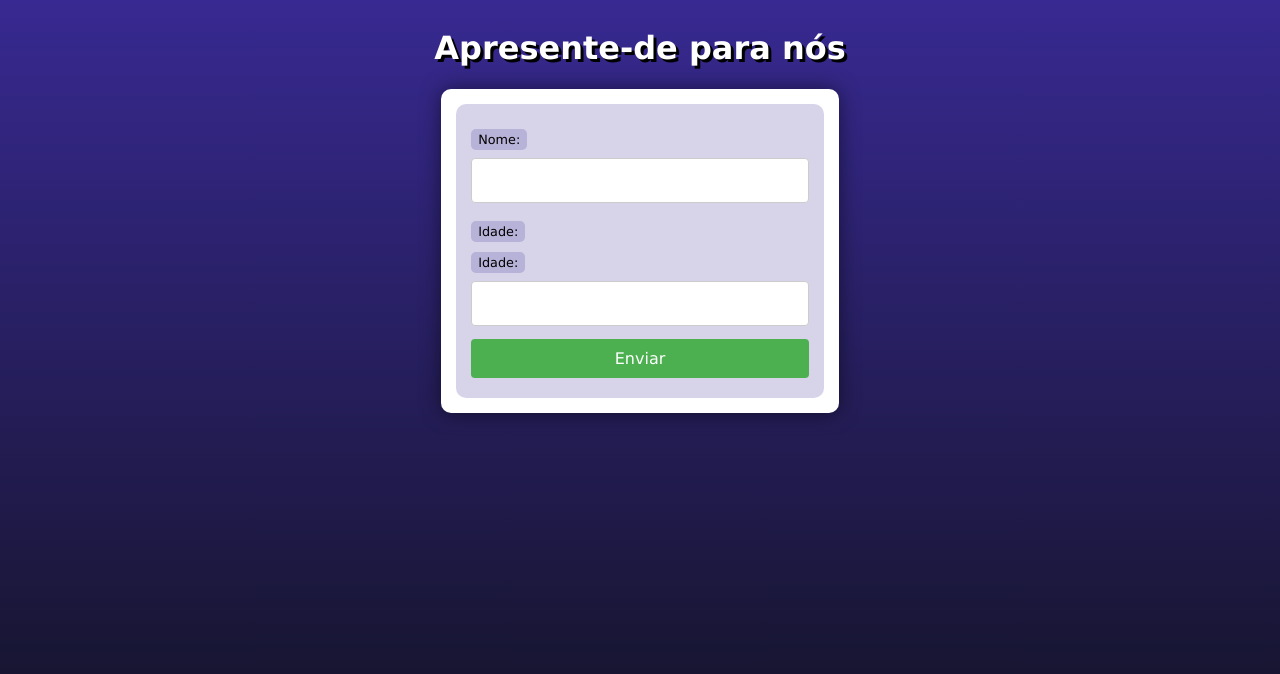
Repository: lcampagnaro/cursophp
Page: ex_form_php/Index.html
These files come from the project's save history. The page is drawn as it stood at one moment and after a run of saves; the edit follows.
The browser window is 1280 px wide. The pictures show the whole page.

Above is the page before, as saved 2023-08-29 14:13:00.

### ex_form_php/Index.html
<!DOCTYPE html>
<html lang="pt-br">
<head>
    <meta charset="UTF-8">
    <meta name="viewport" content="width=device-width, initial-scale=1.0">
    <title>Interação de Formulário PHP</title>
    <link rel="stylesheet" href="style.css">
</head>
<body>
    <header>
        <h1>Apresente-de para nós</h1>
    </header>
    <section>
        <form action="cad.php" method="get">
            <label for="nome">Nome:</label>
            <input type="text" name="nome" id="nome">
            <label for="sobrenome">Idade:</label>
            <label for="idade">Idade:</label>
            <input type="number" name="idade" id="ididade">
            <input type="submit" value="Enviar">
        </form>

    </section>

</body>
</html>

### ex_form_php/style.css
@charset "UTF-8";

* {
    font-family: Verdana, Geneva, Tahoma, sans-serif;
    box-sizing: border-box;
}

/* ELEMENTOS DA INTERFACE */

body {
    background-color: #15142b;
    background-image: linear-gradient(180deg, #372991, #15142b);
    background-repeat: no-repeat;
    background-position: center center;
    background-size: cover;
    background-attachment: fixed;

    display: flex;
    flex-direction: column;
    flex-wrap: nowrap;
    justify-content: center;
    align-items: center;
}

header, main, section, article {
    max-width: 700px;
}

header > h1 {
    color: white;
    text-shadow: 3px 3px 0px black;
}

main, section, article {
    background-color: white;
    padding: 15px;
    margin-bottom: 20px;
    border-radius: 10px;
    box-shadow: 0px 0px 20px rgba(0, 0, 0, 0.502);
}

footer {
    display: block;
    width: 100vw;
    background-color: #291f6c;
    color: white;
    text-align: center;
    margin-top: auto;
    padding: 5px;
}

p {
    text-align: justify;
    line-height: 1.5em;
}

h2, h3, h4 {
    color: #372991;
    margin: 0 0 10px 0;
}

a {
    color: #15142b;
    background-color: rgba(55, 41, 145, 0.1);
    padding: 0 3px;
    font-weight: 600;
    text-decoration: none;
    border-bottom: .5px dotted #372991;
}

a:hover {
    color: #372991;
    border-bottom: 1px solid #372991;
}

/* TABELAS E LISTAS */

table {
    min-width: 400px;
    border-spacing: 0px;
    border: 0.5px solid #372991;
    margin: 10px auto;
}

table th {
    background-color: #372991;
    color: white;
    padding: 5px;
    text-align: left;
}

table td {
    padding: 5px;
}

table tr {
    background-color: rgba(55, 41, 145, 0.05);
}

table tr:nth-child(odd) {
    background-color: rgba(55, 41, 145, 0.3);
}

table.divisao {
    border: 1px solid white;
}

table.divisao td {
    background-color: white;
    padding: 20px;
    text-align: center;
    font-size: 2.5em;
}

table.divisao  tr:nth-child(1) td:nth-child(2) {
    border-bottom: 3px solid black;
    border-left: 3px solid black;
}

table.divisao tr:nth-child(2) td:nth-child(2) {
    border-left: 3px solid black;
}

table.divisao tr:nth-child(2) td:nth-child(1) {
    text-decoration: underline;
}

ul > li::marker {
    color: #372991;
}

/* ELEMENTOS DE FORMULÁRIO */

form {
    background-color: rgba(55, 41, 145, 0.2);
    padding: 15px;
    border-radius: 10px;
}

form label {
    display: block;
    width: fit-content;
    font-size: 0.8em;
    font-weight: 100;
    background-color: rgba(55, 41, 145, 0.2);
    padding: 3px 7px;
    margin-top: 10px;
    margin-bottom: 0px;
    border-radius: 5px;
}

input[type=text], [type=number], select, input[type=date], input[type=date], input[type=datetime], input[type=email], input[type=month], input[type=password], input[type=range], input[type=tel], input[type=time], input[type=week] {
    width: 100%;
    padding: 12px 20px;
    font-size: 1em;
    margin: 8px 0;
    display: inline-block;
    border: 1px solid #ccc;
    border-radius: 4px;
    box-sizing: border-box;
}

input[type=submit] {
    width: 100%;
    background-color: #4CAF50;
    font-size: 1em;
    color: white;
    padding: 10px 20px;
    margin: 5px 0;
    border: none;
    border-radius: 4px;
    cursor: pointer;
}

input[type=submit]:hover {
    background-color: #45a049;
}

input[type=reset] {
    width: 100%;
    background-color: #eb9903;
    font-size: 1em;
    color: white;
    padding: 10px 20px;
    margin: 5px 0;
    border: none;
    border-radius: 4px;
    cursor: pointer;
}

input[type=reset]:hover {
    background-color: #c27013;
}

input[type=button], button {
    width: 100%;
    background-color: #372991;
    font-size: 1em;
    color: white;
    padding: 10px 20px;
    margin: 5px 0;
    border: none;
    border-radius: 4px;
    cursor: pointer;
}

input[type=button]:hover, button:hover {
    background-color: #291f6c;
}

fieldset {
    border: 0.5px dotted #372991;
}

fieldset > legend {
    font-size: 0.8em;
    font-weight: 100;
    background-color: rgba(55, 41, 145, 0.2);
    padding: 3px 7px;
    border-radius: 5px;
}

input[type=radio] + label, input[type=checkbox] + label {
    display: inline-block;
    font-size: 1em;
    background-color: rgba(0, 0, 0, 0);
}

After the next 9 saves:
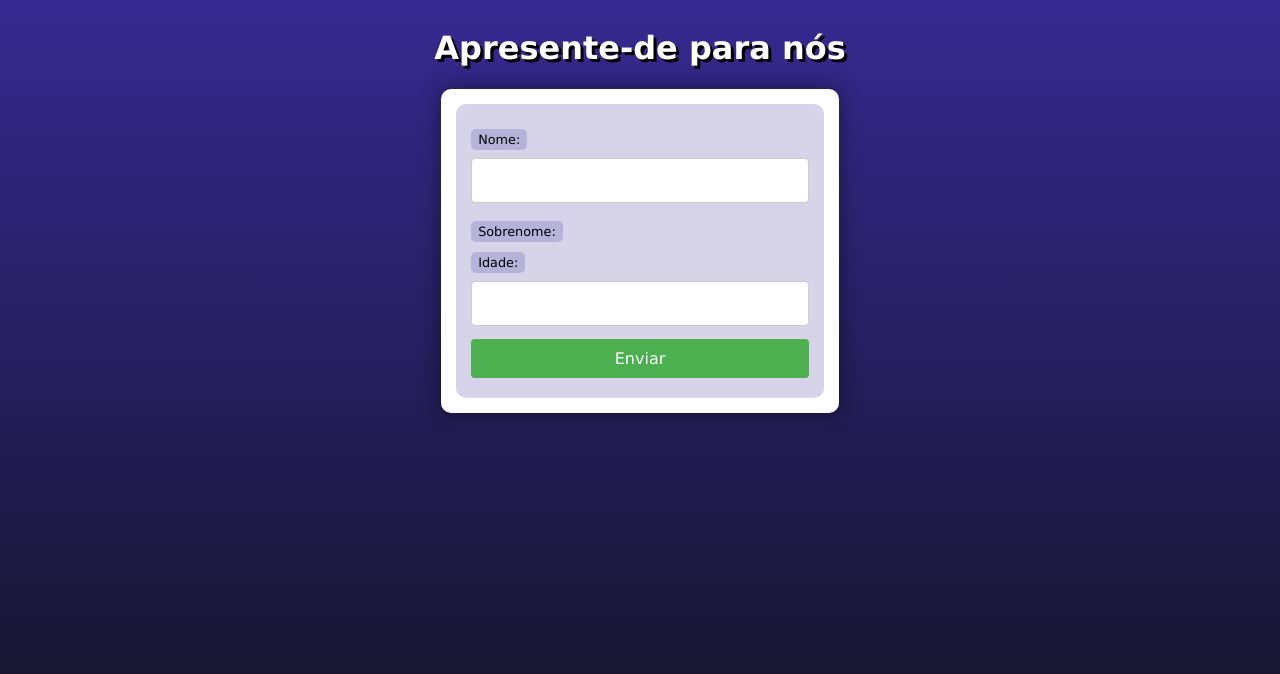
The 9 saves are shown as one change because they came seconds apart.
The last was saved 16 s later.
--- a/ex_form_php/Index.html
+++ b/ex_form_php/Index.html
@@ -14,7 +14,7 @@
         <form action="cad.php" method="get">
             <label for="nome">Nome:</label>
             <input type="text" name="nome" id="nome">
-            <label for="sobrenome">Idade:</label>
+            <label for="sobrenome">Sobrenome:</label>
             <label for="idade">Idade:</label>
             <input type="number" name="idade" id="ididade">
             <input type="submit" value="Enviar">
